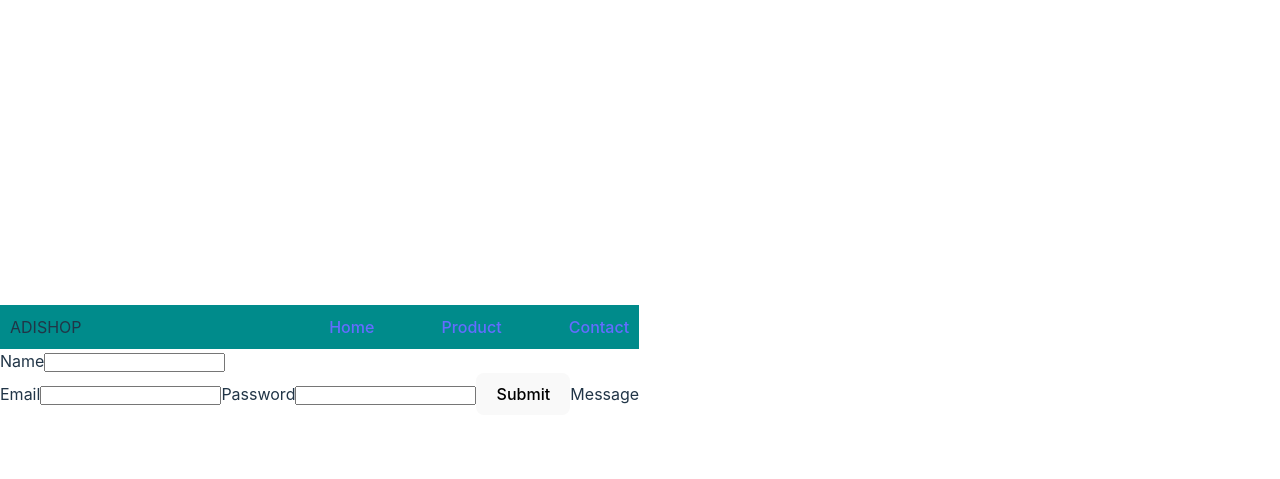
Repository: Aditya0377/React-ecommercewebsite
Page: /contact (app in ecommerce/)
The author's editor kept a copy of each file at every save. The page is drawn from the files as they stood at one save, then again after the next save.
The browser window is 1280 px wide. The pictures show the whole page.
The project was rebuilt for these pictures with package versions that can differ from the ones it lists, and the page was loaded fresh each time. Also part of the build but not shown: ecommerce/vite.config.js, ecommerce/src/components/Home.jsx, ecommerce/src/components/Product.css, ecommerce/src/components/Product.jsx, ecommerce/src/components/Contact.css.

Above is the page before, as saved 2025-01-21 15:46:14.

### ecommerce/src/main.jsx
import { BrowserRouter } from 'react-router-dom'
import { createRoot } from 'react-dom/client'
import './index.css'
import App from './App.jsx'

createRoot(document.getElementById('root')).render(
  <BrowserRouter>
    <App />
  </BrowserRouter>


)

### ecommerce/src/App.jsx
import React from 'react'
import Header from './components/Header'
import { Routes, Route } from 'react-router-dom'
import Home from './components/Home'
import Product from './components/Product'
import Contact from './components/Contact'

const App = () => {
  return (
    <div>
      <Header />
      <Routes>
        <Route path='/' element={<Home />} />
        <Route path='/product' element={<Product />} />
        <Route path='/contact' element={<Contact />} />

      </Routes>
    </div>
  )
}

export default App

### ecommerce/src/components/Header.jsx
import React from 'react'
import "./Header.css"
import { Link } from "react-router-dom"
const Header = () => {
    return (
        <div className='nav'>
            <div className="logo">ADISHOP</div>
            <div className="menu">
                <ul>
                    <li>
                        <Link to='/'>Home</Link>
                    </li>
                    <li>
                        <Link to='/product'>Product</Link>
                    </li>
                    <li>
                        <Link to='/contact'>Contact</Link>

                    </li>
                </ul>
            </div>
        </div>
    )
}

export default Header

### ecommerce/src/components/Contact.jsx
import React from 'react'
import "./Contact.css"
const Contact = () => {
    return (
        <div className='paradiv'>
            <form className='contact'>
                <label>Name</label>
                <input type='text' /><br />
                <label>Email</label>
                <input type='email' />
                <label>Password</label>
                <input type='password' />
                <button>Submit</button>
                <label>Message</label>
                <div className='message'> </div>
            </form>
        </div >
    )
}

export default Contact

### ecommerce/src/components/Header.css
*{
    box-sizing: border-box;
    margin: 0px;
    padding: 0px;
}

.nav{
    padding:10px;
    display: flex;
    justify-content: space-between;
    align-items: center;
    background-color: darkcyan;
}
.menu ul {
    list-style: none;
    display: flex;
    width: 300px;
    justify-content: space-between;
}

Loaded but not shown: ecommerce/index.html (common file); ecommerce/src/index.css (common file); ecommerce/src/components/Home.css (no stored copy; drawn as an empty file)

After the next save:
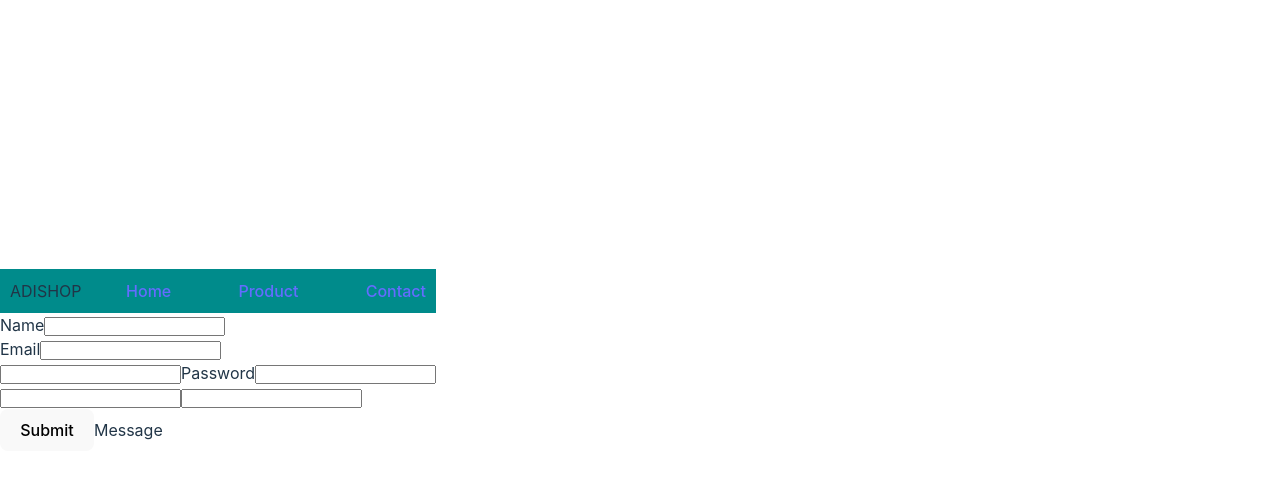
Saved 11 s later.
--- a/ecommerce/src/components/Contact.jsx
+++ b/ecommerce/src/components/Contact.jsx
@@ -7,9 +7,12 @@ const Contact = () => {
                 <label>Name</label>
                 <input type='text' /><br />
                 <label>Email</label>
+                <input type='text' /><br />
                 <input type='email' />
                 <label>Password</label>
+                <input type='text' /><br />
                 <input type='password' />
+                <input type='text' /><br />
                 <button>Submit</button>
                 <label>Message</label>
                 <div className='message'> </div>
